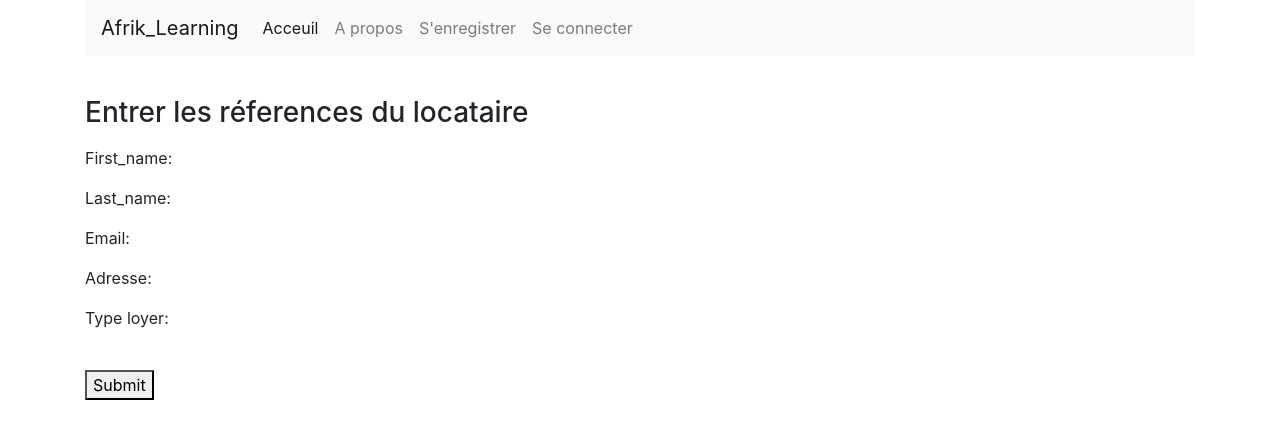
Repository: ZombreChristian/Di-Bootcamp
Page: http://localhost/
An editor plug-in stored every save of this project. The page is shown before and after the next save, followed by the edit.
The browser window is 1280 px wide. The pictures show the whole page.
Some web libraries are served in a nearby version. The page is served by the project's application, run on Django 4.2 (manage.py).

Above is the page before, as saved 2023-01-06 16:51:13.

After the next save:
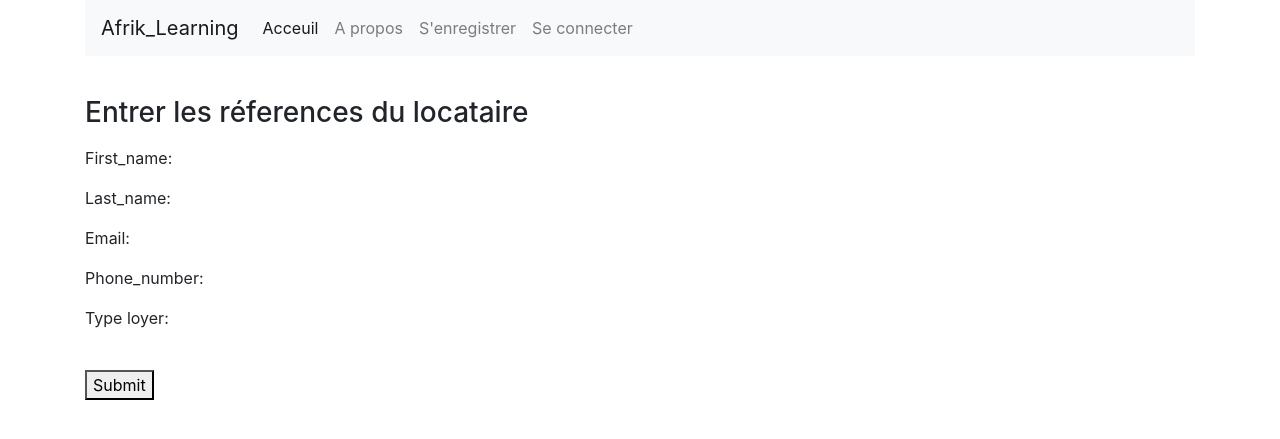
Saved 33 s later.
--- a/Week-8/Day-5/exercice/Mini-projet/rent/templates/rent/ajoutclient.html
+++ b/Week-8/Day-5/exercice/Mini-projet/rent/templates/rent/ajoutclient.html
@@ -18,7 +18,7 @@
             <p>Email:</p>{{ form.age }}
         </div>
         <div>
-            <p>Adresse:</p>{{ form.adresse }}
+            <p>Phone_number:</p>{{ form.adresse }}
         </div>
         <div>
             <p>Type loyer:</p>{{ form.locataireLoyer }}
